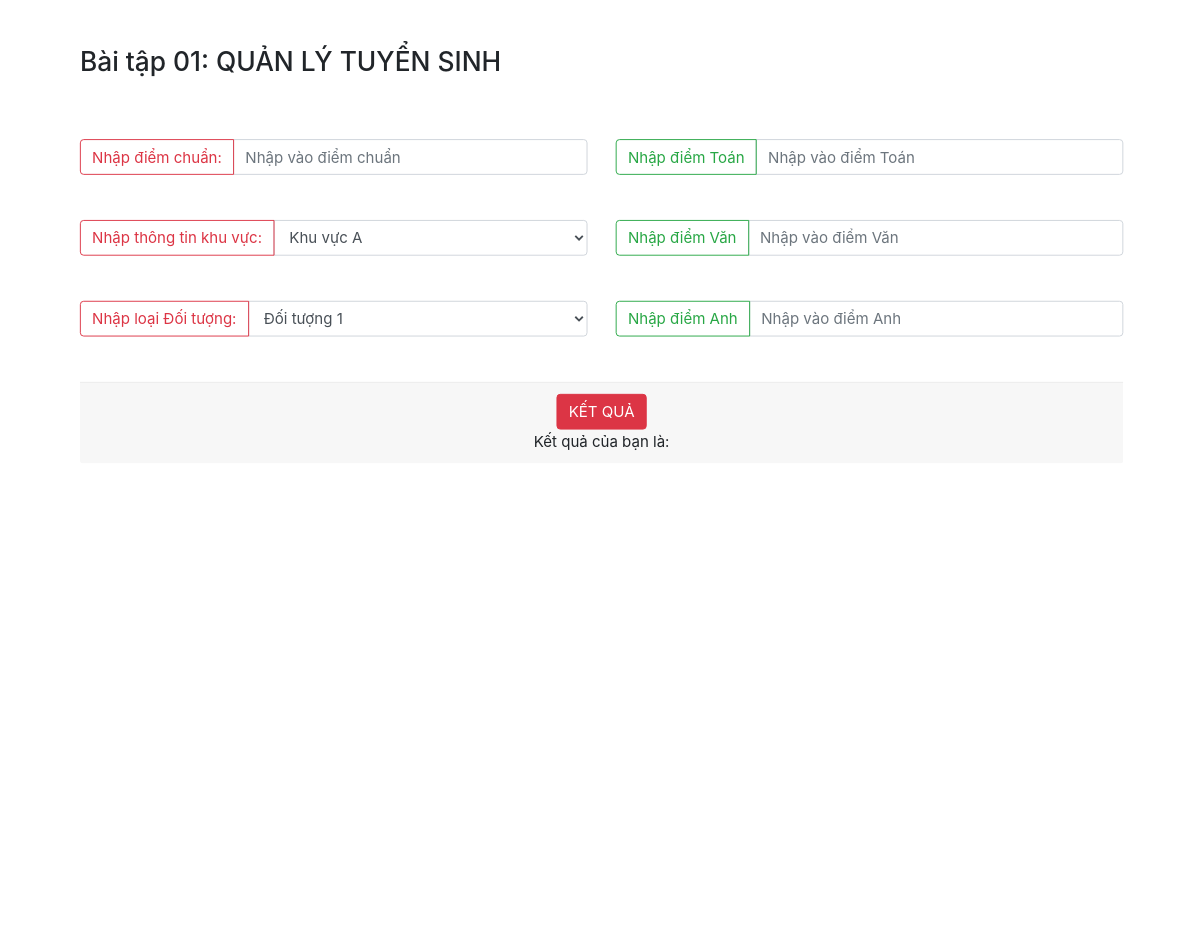
Repository: ducdatit2002/javascript-tinh-day15
Page: index.html
An editor plug-in stored every save of this project. The page is shown before and after a run of saves, followed by the edit.
The browser window is 1280 px wide. The pictures show the whole page, at 94% of full size.

Above is the page before, as saved 2023-08-20 18:14:03.

After the next 2 saves:
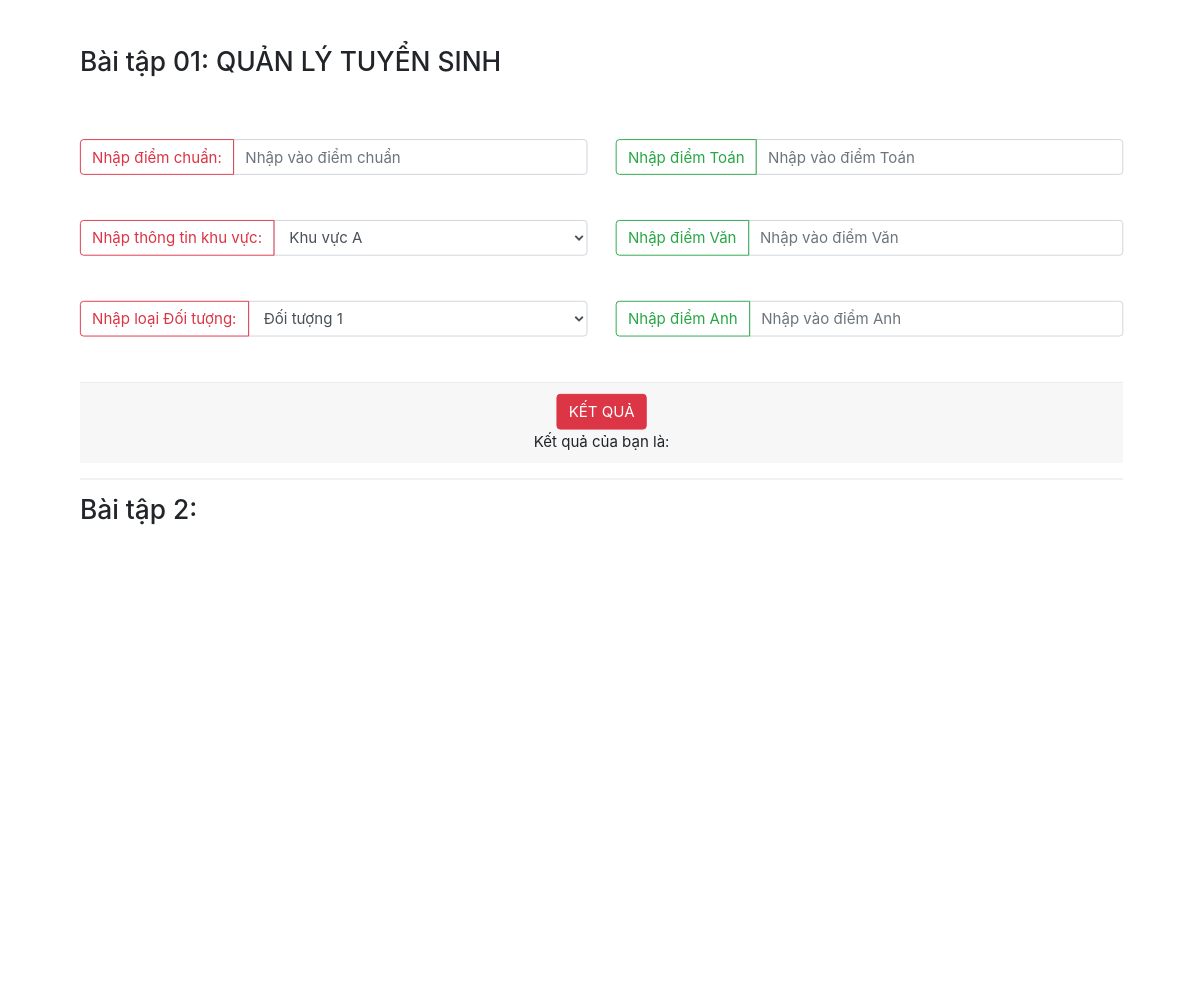
The 2 saves are shown as one change because they came seconds apart.
The last was saved 13 s later.
--- a/index.html
+++ b/index.html
@@ -97,8 +97,9 @@
             <span id="ketQua" class="mt-2 display-5">Kết quả của bạn là: </span>
           </div>
       </div>
+      <hr>
       <div class="baiTap2">
-        <h3></h3>
+        <h3>Bài tập 2: </h3>
       </div>
     </div>
     <!-- Optional JavaScript -->
